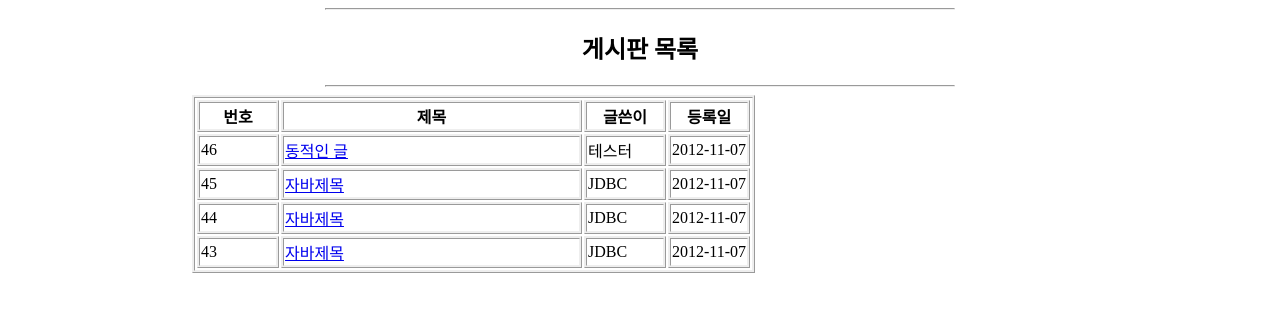
Repository: Jooheehan-kopo/web-workspace
Page: Lecture-web/WebContent/css/calc.html
These files come from the project's save history. The page is drawn as it stood at one moment and after the next save; the edit follows.
The browser window is 1280 px wide. The pictures show the whole page.

Above is the page before, as saved 2021-06-11 05:54:54.

After the next save:
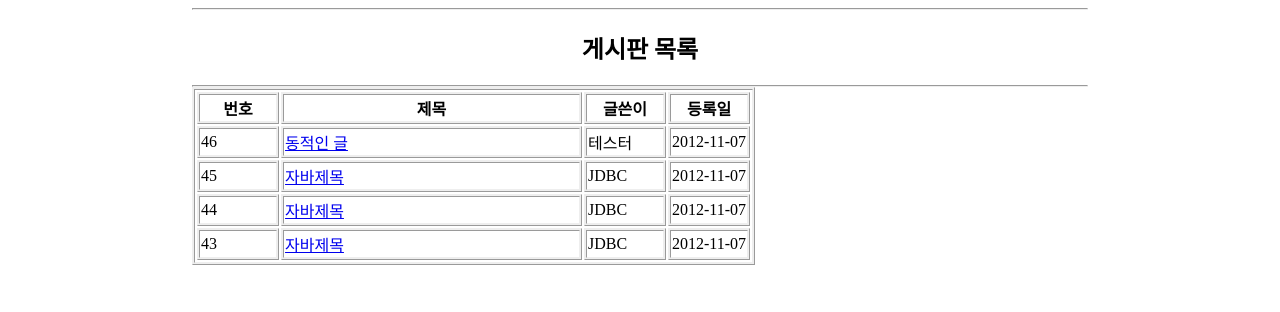
Saved 21 s later.
--- a/Lecture-web/WebContent/css/calc.html
+++ b/Lecture-web/WebContent/css/calc.html
@@ -11,7 +11,7 @@
 
 	}
 	hr{
-	width:70%
+	 margin : auto;
 	}
 
 	h2{

After the save that followed:
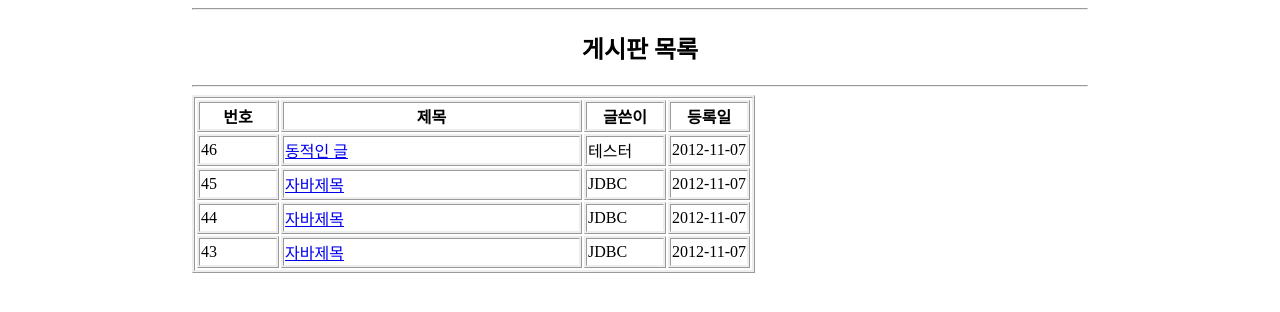
Saved 8 s later.
--- a/Lecture-web/WebContent/css/calc.html
+++ b/Lecture-web/WebContent/css/calc.html
@@ -10,9 +10,7 @@
 		margin-right: auto;
 
 	}
-	hr{
-	 margin : auto;
-	}
+
 
 	h2{
 		text-align:center;
